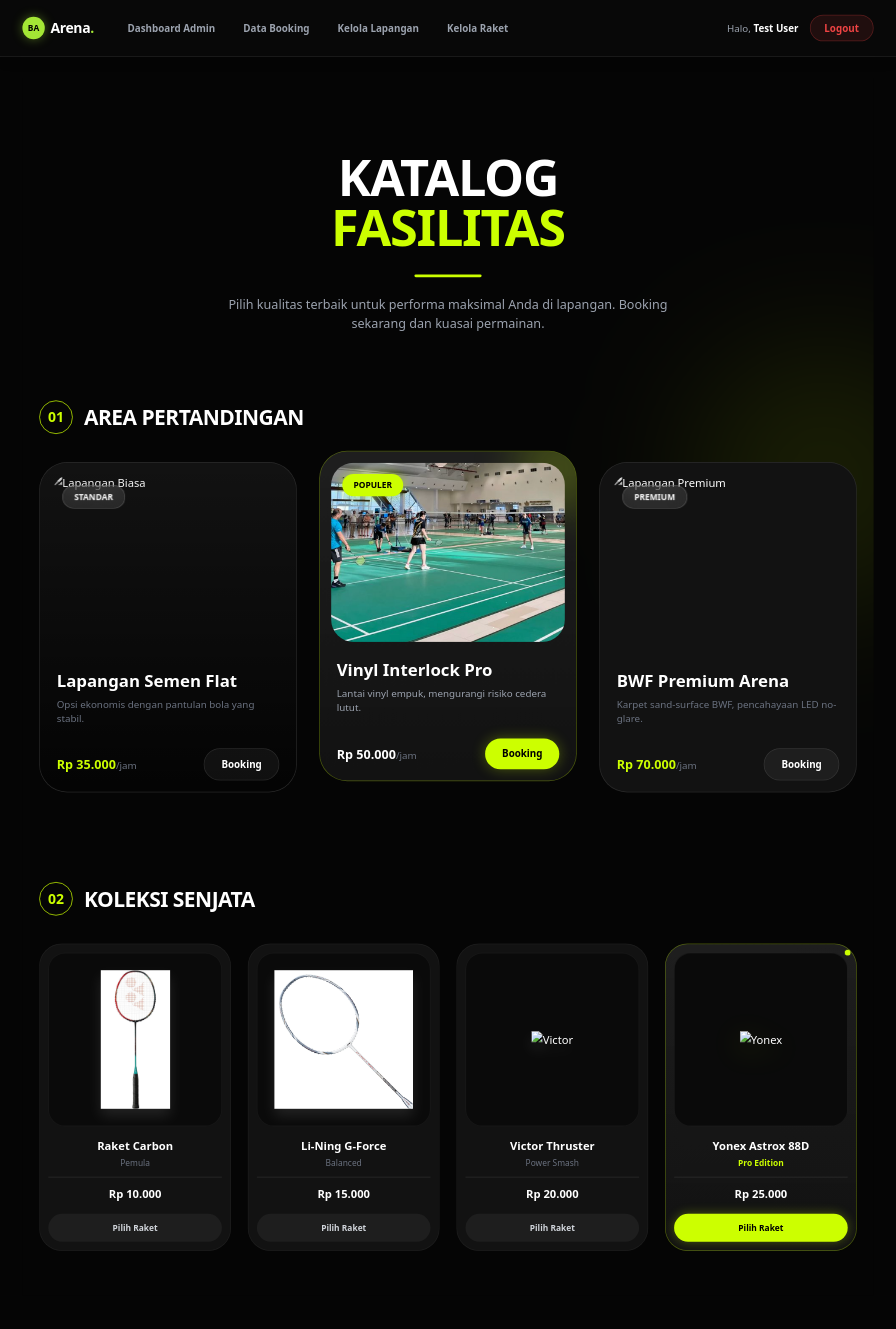
Repository: yvngpbl/badminton-booking-system
Page: http://localhost/lapangan
The author's editor kept a copy of each file at every save. The page is drawn from the files as they stood at one save, then again after the next save.
The browser window is 1280 px wide. The pictures show the whole page, at 70% of full size.
Some web libraries are served in a nearby version. The page is served by the project's Laravel application, run on PHP 8.4 with Laravel 12. A made-up administrator, Test User (test@example.com), is signed in. Other server files are loaded and not shown. Queries for data that is not in the repository find no rows.

Above is the page before, as saved 2026-05-29 18:05:09.

### routes/web.php
<?php

use Illuminate\Support\Facades\Route;
use Illuminate\Support\Facades\Auth;
use Illuminate\Http\Request;

use App\Http\Controllers\AuthController;
use App\Http\Controllers\UserController;
use App\Http\Controllers\BookingController;
use App\Http\Controllers\AdminController;

Route::get('/', function () {
    if (Auth::check()) {
        if (Auth::user()->role === 'admin') {
            return redirect('/admin/dashboard');
        }
        return redirect('/dashboard');
    }
    return redirect('/login');
});

Route::middleware('guest')->group(function () {
    Route::get('/login', [AuthController::class, 'loginForm'])->name('login');
    Route::post('/login', [AuthController::class, 'login']);
    Route::get('/register', [AuthController::class, 'registerForm']);
    Route::post('/register', [AuthController::class, 'register']);
});

Route::middleware('auth')->group(function () {
    Route::get('/dashboard', [UserController::class, 'dashboard']);
    Route::get('/lapangan', [UserController::class, 'lapangan']);
    Route::get('/booking', [BookingController::class, 'bookingForm']);
    Route::post('/booking', [BookingController::class, 'booking']);
    Route::get('/history', [BookingController::class, 'history']);
    Route::post('/logout', [AuthController::class, 'logout']);
});

// ROUTE ADMIN - Sesuai dengan AdminController kamu
Route::prefix('admin')->middleware(['auth', 'admin'])->group(function () {
    Route::get('/dashboard', [AdminController::class, 'dashboard']);
    Route::get('/bookings', [AdminController::class, 'bookings']); // Mengarah ke data booking
    Route::post('/bookings/{id}/update', [AdminController::class, 'updateStatus']); // Untuk update status & notes

    Route::post('/admin/lapangan/{id}/update-status', [AdminController::class, 'updateStatusLapangan']);
Route::post('/admin/raket/{id}/update-status', [AdminController::class, 'updateStatusRaket']);
// Pastikan mengarah ke AdminController dan fungsi index


    Route::get('/lapangan', [AdminController::class, 'lapanganAdmin']);
    Route::get('/raket', [AdminController::class, 'raket']);
});

Route::get('/logout', function (Request $request) {
    Auth::logout();
    $request->session()->invalidate();
    $request->session()->regenerateToken();
    return redirect('/login');
});
Route::delete('/admin/bookings/{id}/delete', [AdminController::class, 'destroy']);
// Route untuk Maintenance / Blokir Jadwal oleh Admin
Route::get('/admin/maintenance', [\App\Http\Controllers\AdminController::class, 'formMaintenance']);
Route::post('/admin/maintenance', [\App\Http\Controllers\AdminController::class, 'simpanMaintenance']);

// Rute Update Status Fasilitas oleh Admin
Route::post('/admin/lapangan/{id}/update', [\App\Http\Controllers\AdminController::class, 'updateStatusLapangan']);
Route::post('/admin/raket/{id}/update', [\App\Http\Controllers\AdminController::class, 'updateStatusRaket']);

// Rute untuk Fitur Blokir Jadwal (Maintenance)
Route::get('/admin/maintenance', [\App\Http\Controllers\AdminController::class, 'formMaintenance']);
Route::post('/admin/maintenance', [\App\Http\Controllers\AdminController::class, 'simpanMaintenance']);

### app/Http/Controllers/UserController.php
<?php

namespace App\Http\Controllers;

use Illuminate\Http\Request;
use App\Models\LapanganModel; // Import model lapangan
use App\Models\BookingModel;  // WAJIB ADA INI BIAR GAK ERROR CLASS NOT FOUND
use Illuminate\Support\Facades\Auth;

class UserController extends Controller
{
    public function dashboard()
    {
        return view('user.dashboard');
    }

    public function lapangan()
    {
        $lapangan = LapanganModel::all();
        $raket = \App\Models\RaketModel::all();
        return view('user.lapangan', compact('lapangan', 'raket'));
    }

    public function history()
    {
        $booking = \App\Models\BookingModel::all();
    return view('user.history', compact('booking'));
    }
}

### app/Models/LapanganModel.php
<?php

namespace App\Models;

use Illuminate\Database\Eloquent\Factories\HasFactory;
use Illuminate\Database\Eloquent\Model;

class LapanganModel extends Model
{
    use HasFactory;

    // Paksa Laravel menggunakan nama tabel 'lapangan' (bukan lapangan_models)
    protected $table = 'lapangan';

    protected $fillable = [
        'nama',
        'harga',
        'deskripsi'
    ];

    // Relasi agar bisa dipanggil di history
    public function bookings()
    {
        return $this->hasMany(Booking::class, 'lapangan_id');
    }
}

### app/Models/RaketModel.php
<?php

namespace App\Models;

use Illuminate\Database\Eloquent\Factories\HasFactory;
use Illuminate\Database\Eloquent\Model;

class RaketModel extends Model
{
    use HasFactory;

    protected $table = 'rakets'; // Sesuaikan dengan nama tabel raket di database

    protected $fillable = ['nama_raket', 'harga_sewa'];
}

### resources/views/user/lapangan.blade.php
@extends('layout')

@section('content')
<script src="https://cdn.tailwindcss.com"></script>
<script>
  tailwind.config = {
    theme: {
      extend: {
        colors: {
          darkBg: '#050505',
          darkCard: '#121212',
          neon: '#ccff00',
        }
      }
    }
  }
</script>

<style>
  .text-stroke-neon {
    -webkit-text-stroke: 1px #ccff00;
    color: transparent;
  }
</style>

<div class="bg-darkBg min-h-screen font-sans selection:bg-neon selection:text-black pt-10">
    <div id="fasilitas" class="py-16 px-4 md:px-6 relative overflow-hidden">

        {{-- Cahaya Glowing di Background --}}
        <div class="absolute top-[20%] right-[-10%] w-96 h-96 bg-neon/10 rounded-full mix-blend-screen filter blur-[100px]"></div>

        <div class="max-w-7xl mx-auto relative z-10">
            {{-- Header Katalog --}}
            <div class="text-center mb-24 relative">
                <h2 class="text-5xl md:text-7xl font-extrabold text-white tracking-tight leading-tight uppercase relative inline-block">
                    Katalog <br>

                    <span class="text-neon relative z-10">Fasilitas</span>
                </h2>
                <div class="h-1 w-24 bg-neon mx-auto mt-8 rounded-full"></div>
                <p class="text-gray-400 mt-6 text-lg max-w-2xl mx-auto">Pilih kualitas terbaik untuk performa maksimal Anda di lapangan. Booking sekarang dan kuasai permainan.</p>
            </div>

            {{-- 1. PILIHAN LAPANGAN --}}
            <div class="mb-32">
                <div class="flex items-center gap-4 mb-10">
                    <div class="w-12 h-12 rounded-full border border-neon flex items-center justify-center text-neon font-bold text-xl">01</div>
                    <h3 class="text-3xl font-bold text-white tracking-tight uppercase">Area Pertandingan</h3>
                </div>

                <div class="grid grid-cols-1 md:grid-cols-3 gap-6 md:gap-8">

                    {{-- Lapangan 1 (Standar) --}}
                    <div class="group bg-darkCard border border-white/10 rounded-[2.5rem] p-4 hover:border-neon/50 transition-all duration-500 flex flex-col relative overflow-hidden">
                        <div class="absolute inset-0 bg-gradient-to-b from-transparent to-black/80 z-10 pointer-events-none"></div>

                        <div class="relative overflow-hidden rounded-[2rem] h-64 mb-6">
                            <img src="{{ asset('images/lapangan1.jpg') }}" alt="Lapangan Biasa" class="w-full h-full object-cover grayscale group-hover:grayscale-0 group-hover:scale-110 transition duration-700">
                            <div class="absolute top-4 left-4 bg-white/10 backdrop-blur-md text-white border border-white/20 px-4 py-2 rounded-full text-xs font-bold uppercase z-20">Standar</div>
                        </div>

                        <div class="flex-grow px-2 relative z-20">
                            <h4 class="text-2xl font-bold text-white mb-2 group-hover:text-neon transition">Lapangan Semen Flat</h4>
                            <p class="text-gray-500 text-sm">Opsi ekonomis dengan pantulan bola yang stabil.</p>
                        </div>

                        <div class="mt-8 flex items-center justify-between px-2 relative z-20">
                            <span class="text-neon font-bold text-lg">Rp 35.000<span class="text-gray-500 text-sm font-normal">/jam</span></span>
                            <a href="{{ url('/booking') }}" class="bg-white/5 hover:bg-neon border border-white/10 hover:text-black text-white px-6 py-3 rounded-full text-sm font-bold transition-colors">Booking</a>
                        </div>
                    </div>

                    {{-- Lapangan 2 (Pro) --}}
                    <div class="group bg-gradient-to-b from-white/10 to-darkCard border border-neon/30 rounded-[2.5rem] p-4 hover:border-neon transition-all duration-500 flex flex-col relative overflow-hidden transform md:-translate-y-4">
                        <div class="absolute -top-10 -right-10 w-32 h-32 bg-neon/20 rounded-full blur-[30px]"></div>

                        <div class="relative overflow-hidden rounded-[2rem] h-64 mb-6">
                            <img src="{{ asset('images/lapangan2.jpg') }}" alt="Lapangan Pro" class="w-full h-full object-cover group-hover:scale-110 transition duration-700">
                            <div class="absolute top-4 left-4 bg-neon text-black px-4 py-2 rounded-full text-xs font-bold uppercase z-20 shadow-[0_0_15px_rgba(204,255,0,0.5)]">Populer</div>
                        </div>

                        <div class="flex-grow px-2 relative z-20">
                            <h4 class="text-2xl font-bold text-white mb-2 group-hover:text-neon transition">Vinyl Interlock Pro</h4>
                            <p class="text-gray-400 text-sm">Lantai vinyl empuk, mengurangi risiko cedera lutut.</p>
                        </div>

                        <div class="mt-8 flex items-center justify-between px-2 relative z-20">
                            <span class="text-white font-bold text-lg">Rp 50.000<span class="text-gray-500 text-sm font-normal">/jam</span></span>
                            <a href="{{ url('/booking') }}" class="bg-neon text-black shadow-[0_0_20px_rgba(204,255,0,0.3)] hover:scale-105 px-6 py-3 rounded-full text-sm font-bold transition-transform">Booking</a>
                        </div>
                    </div>

                    {{-- Lapangan 3 (Premium) --}}
                    <div class="group bg-darkCard border border-white/10 rounded-[2.5rem] p-4 hover:border-white/40 transition-all duration-500 flex flex-col relative overflow-hidden">
                        <div class="relative overflow-hidden rounded-[2rem] h-64 mb-6">
                            <img src="{{ asset('images/lapangan3.png') }}" alt="Lapangan Premium" class="w-full h-full object-cover grayscale group-hover:grayscale-0 group-hover:scale-110 transition duration-700">
                            <div class="absolute top-4 left-4 bg-white/10 backdrop-blur-md text-white border border-white/20 px-4 py-2 rounded-full text-xs font-bold uppercase z-20">Premium</div>
                        </div>

                        <div class="flex-grow px-2 relative z-20">
                            <h4 class="text-2xl font-bold text-white mb-2 group-hover:text-neon transition">BWF Premium Arena</h4>
                            <p class="text-gray-500 text-sm">Karpet sand-surface BWF, pencahayaan LED no-glare.</p>
                        </div>

                        <div class="mt-8 flex items-center justify-between px-2 relative z-20">
                            <span class="text-neon font-bold text-lg">Rp 70.000<span class="text-gray-500 text-sm font-normal">/jam</span></span>
                            <a href="{{ url('/booking') }}" class="bg-white/5 hover:bg-white border border-white/10 hover:text-black text-white px-6 py-3 rounded-full text-sm font-bold transition-colors">Booking</a>
                        </div>
                    </div>

                </div>
            </div>

            {{-- 2. KATALOG RAKET --}}
            <div>
                <div class="flex items-center gap-4 mb-10 justify-end md:justify-start">
                    <div class="w-12 h-12 rounded-full border border-neon flex items-center justify-center text-neon font-bold text-xl">02</div>
                    <h3 class="text-3xl font-bold text-white tracking-tight uppercase">Koleksi Senjata</h3>
                </div>

                <div class="grid grid-cols-2 md:grid-cols-4 gap-4 md:gap-6">

                    {{-- Raket 1 --}}
                    <div class="group bg-darkCard border border-white/5 rounded-[2rem] p-3 hover:border-neon/50 transition-all text-center flex flex-col relative">
                        <div class="absolute inset-0 bg-gradient-to-t from-neon/5 to-transparent opacity-0 group-hover:opacity-100 rounded-[2rem] transition duration-500 pointer-events-none"></div>
                        <div class="aspect-square overflow-hidden rounded-3xl mb-4 bg-[#0a0a0a] flex items-center justify-center p-6 border border-white/5">
                            <img src="{{ asset('images/raket1.jpg') }}" class="max-h-full group-hover:rotate-12 group-hover:scale-110 transition duration-500 drop-shadow-[0_10px_10px_rgba(255,255,255,0.1)]" alt="Raket Biasa">
                        </div>
                        <div class="flex-grow pb-2 z-10">
                            <h5 class="font-bold text-white group-hover:text-neon transition">Raket Carbon</h5>
                            <p class="text-xs text-gray-500 mt-1">Pemula</p>
                            <p class="text-white font-bold mt-3 border-t border-white/10 pt-3">Rp 10.000</p>
                        </div>
                        <a href="{{ url('/booking') }}" class="mt-2 block py-3 bg-white/5 text-gray-300 rounded-full text-xs font-bold hover:bg-neon hover:text-black transition relative z-10">Pilih Raket</a>
                    </div>

                    {{-- Raket 2 --}}
                    <div class="group bg-darkCard border border-white/5 rounded-[2rem] p-3 hover:border-neon/50 transition-all text-center flex flex-col relative">
                        <div class="absolute inset-0 bg-gradient-to-t from-neon/5 to-transparent opacity-0 group-hover:opacity-100 rounded-[2rem] transition duration-500 pointer-events-none"></div>
                        <div class="aspect-square overflow-hidden rounded-3xl mb-4 bg-[#0a0a0a] flex items-center justify-center p-6 border border-white/5">
                            <img src="{{ asset('images/raket2.jpg') }}" class="max-h-full group-hover:rotate-12 group-hover:scale-110 transition duration-500 drop-shadow-[0_10px_10px_rgba(255,255,255,0.1)]" alt="Li-Ning">
                        </div>
                        <div class="flex-grow pb-2 z-10">
                            <h5 class="font-bold text-white group-hover:text-neon transition">Li-Ning G-Force</h5>
                            <p class="text-xs text-gray-500 mt-1">Balanced</p>
                            <p class="text-white font-bold mt-3 border-t border-white/10 pt-3">Rp 15.000</p>
                        </div>
                        <a href="{{ url('/booking') }}" class="mt-2 block py-3 bg-white/5 text-gray-300 rounded-full text-xs font-bold hover:bg-neon hover:text-black transition relative z-10">Pilih Raket</a>
                    </div>

                    {{-- Raket 3 --}}
                    <div class="group bg-darkCard border border-white/5 rounded-[2rem] p-3 hover:border-neon/50 transition-all text-center flex flex-col relative">
                        <div class="absolute inset-0 bg-gradient-to-t from-neon/5 to-transparent opacity-0 group-hover:opacity-100 rounded-[2rem] transition duration-500 pointer-events-none"></div>
                        <div class="aspect-square overflow-hidden rounded-3xl mb-4 bg-[#0a0a0a] flex items-center justify-center p-6 border border-white/5">
                            <img src="{{ asset('images/raket3.jpeg') }}" class="max-h-full group-hover:-rotate-12 group-hover:scale-110 transition duration-500 drop-shadow-[0_10px_10px_rgba(255,255,255,0.1)]" alt="Victor">
                        </div>
                        <div class="flex-grow pb-2 z-10">
                            <h5 class="font-bold text-white group-hover:text-neon transition">Victor Thruster</h5>
                            <p class="text-xs text-gray-500 mt-1">Power Smash</p>
                            <p class="text-white font-bold mt-3 border-t border-white/10 pt-3">Rp 20.000</p>
                        </div>
                        <a href="{{ url('/booking') }}" class="mt-2 block py-3 bg-white/5 text-gray-300 rounded-full text-xs font-bold hover:bg-neon hover:text-black transition relative z-10">Pilih Raket</a>
                    </div>

                    {{-- Raket 4 (Unggulan) --}}
                    <div class="group bg-gradient-to-b from-white/10 to-darkCard border border-neon/30 rounded-[2rem] p-3 hover:border-neon transition-all text-center flex flex-col relative">
                        <div class="absolute top-2 right-2 bg-neon w-2 h-2 rounded-full animate-ping z-20"></div>
                        <div class="absolute top-2 right-2 bg-neon w-2 h-2 rounded-full z-20"></div>

                        <div class="aspect-square overflow-hidden rounded-3xl mb-4 bg-[#0a0a0a] flex items-center justify-center p-6 border border-white/5">
                            <img src="{{ asset('images/raket4.jpeg') }}" class="max-h-full group-hover:-rotate-12 group-hover:scale-110 transition duration-500 drop-shadow-[0_10px_20px_rgba(204,255,0,0.2)]" alt="Yonex">
                        </div>
                        <div class="flex-grow pb-2 z-10">
                            <h5 class="font-bold text-white group-hover:text-neon transition">Yonex Astrox 88D</h5>
                            <p class="text-xs text-neon mt-1 font-bold">Pro Edition</p>
                            <p class="text-white font-bold mt-3 border-t border-white/10 pt-3">Rp 25.000</p>
                        </div>
                        <a href="{{ url('/booking') }}" class="mt-2 block py-3 bg-neon text-black rounded-full text-xs font-bold hover:scale-105 transition transform shadow-[0_0_15px_rgba(204,255,0,0.3)] relative z-10">Pilih Raket</a>
                    </div>

                </div>
            </div>

        </div>
    </div>
</div>
@endsection

Loaded but not shown: app/Models/User.php (common file); app/Http/Controllers/Controller.php (common file); resources/views/layout.blade.php (106 lines, source omitted)

After the next save:
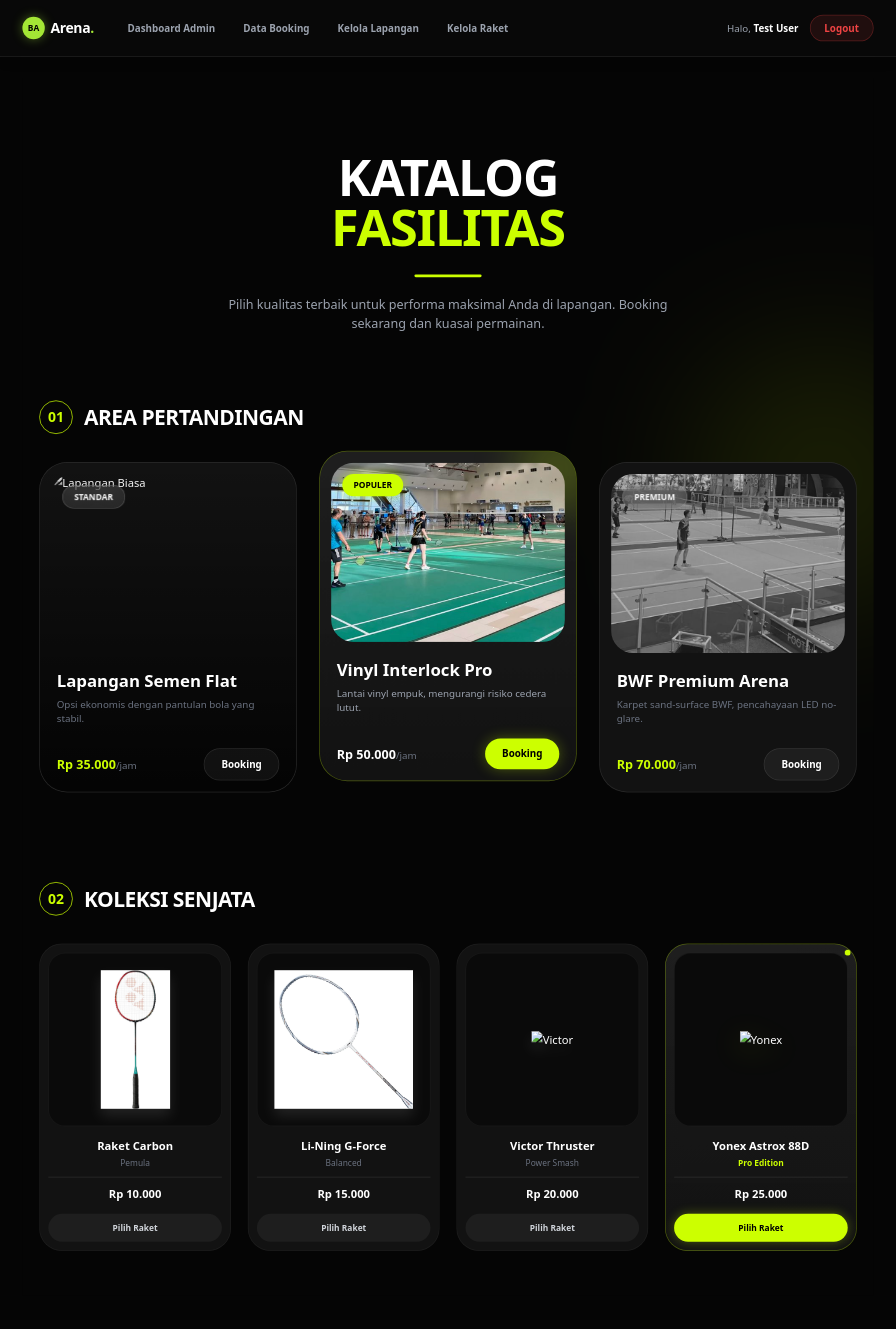
Saved 33 s later.
--- a/resources/views/user/lapangan.blade.php
+++ b/resources/views/user/lapangan.blade.php
@@ -93,7 +93,7 @@
                     {{-- Lapangan 3 (Premium) --}}
                     <div class="group bg-darkCard border border-white/10 rounded-[2.5rem] p-4 hover:border-white/40 transition-all duration-500 flex flex-col relative overflow-hidden">
                         <div class="relative overflow-hidden rounded-[2rem] h-64 mb-6">
-                            <img src="{{ asset('images/lapangan3.png') }}" alt="Lapangan Premium" class="w-full h-full object-cover grayscale group-hover:grayscale-0 group-hover:scale-110 transition duration-700">
+                            <img src="{{ asset('images/lapangan3.jpg') }}" alt="Lapangan Premium" class="w-full h-full object-cover grayscale group-hover:grayscale-0 group-hover:scale-110 transition duration-700">
                             <div class="absolute top-4 left-4 bg-white/10 backdrop-blur-md text-white border border-white/20 px-4 py-2 rounded-full text-xs font-bold uppercase z-20">Premium</div>
                         </div>
 
